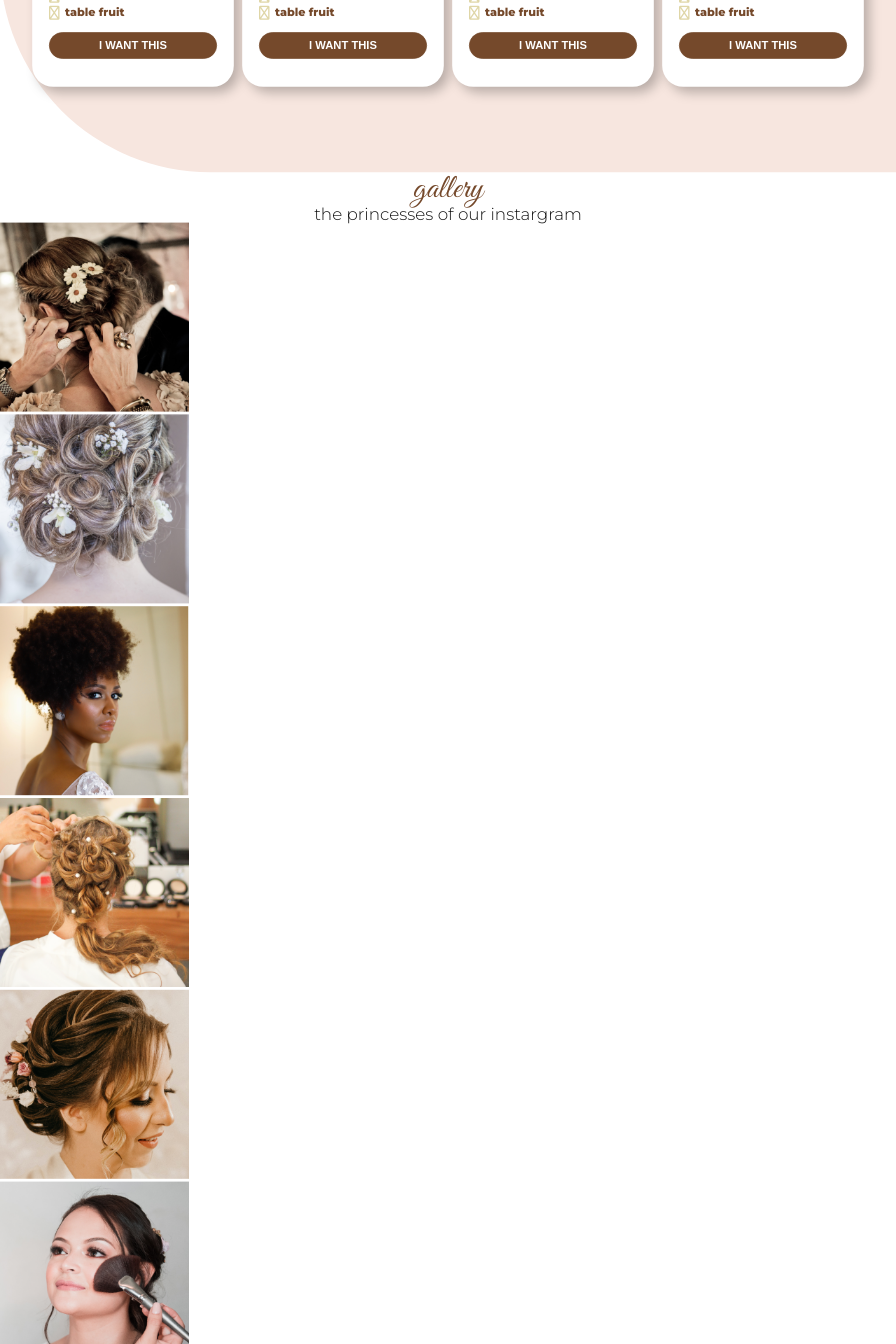
Repository: TuanHuflit2k1/clone-web01
Page: index.html
These files come from the project's save history. The page is drawn as it stood at one moment and after a run of saves; the edit follows.
The browser window is 1280 px wide. The pictures show the part of the page from y = 2690 to 4610 px (the page is 5200 px tall before and 5424 px after), at 70% of full size.
Some web libraries are served in a nearby version.

Above is the page before, as saved 2022-04-28 12:44:51.

After the next 2 saves:
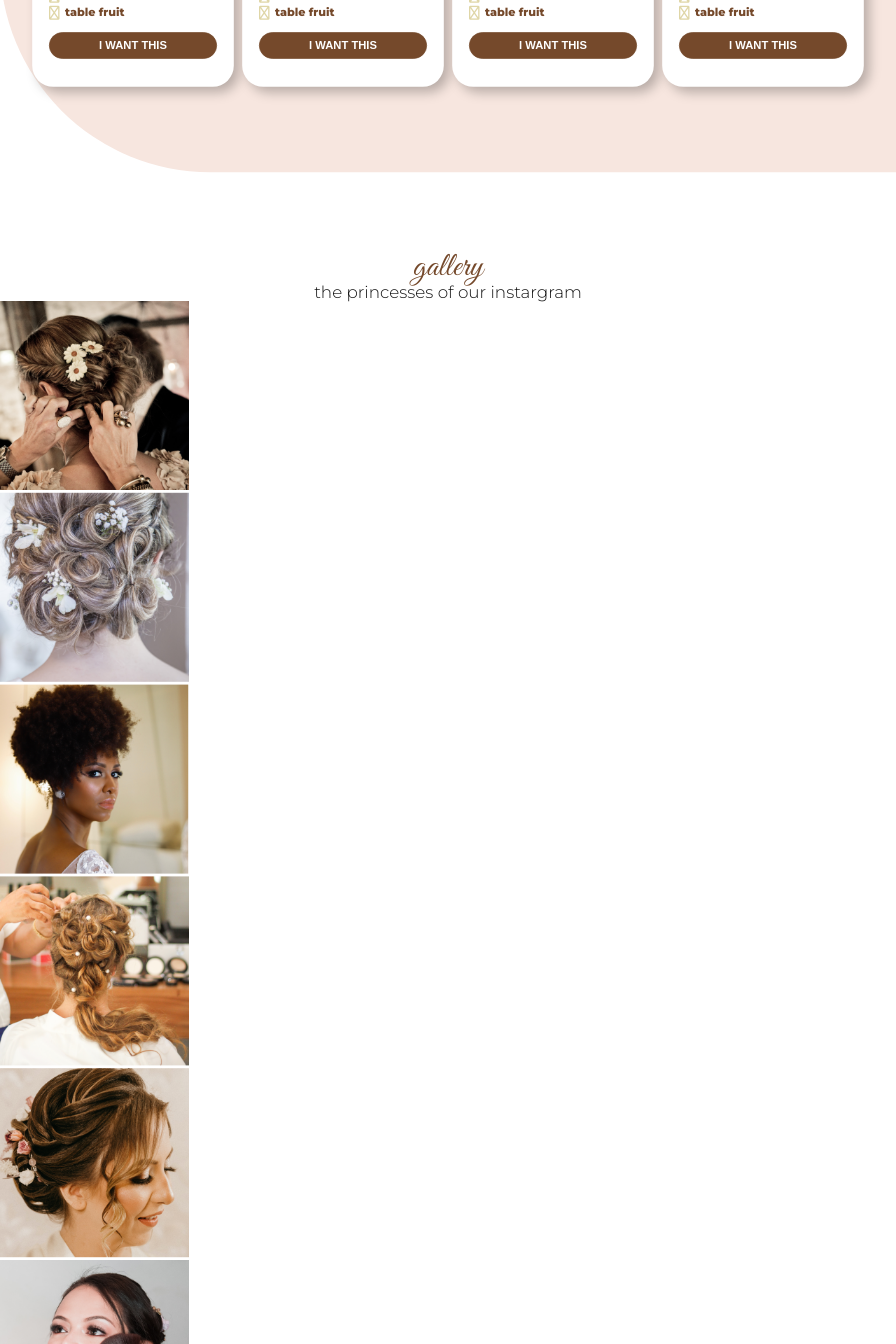
The 2 saves are shown as one change because they came seconds apart.
The last was saved 10 s later.
--- a/style.css
+++ b/style.css
@@ -411,8 +411,9 @@ body {
 /* end card */
 /* start gallery section */
 .gallery {
-    width: 100%;
-
+  width: 100%;
+  padding: 7rem 0;
+  position: relative;
 }
 @media (max-width: 920px) {
   .nav-menu {
